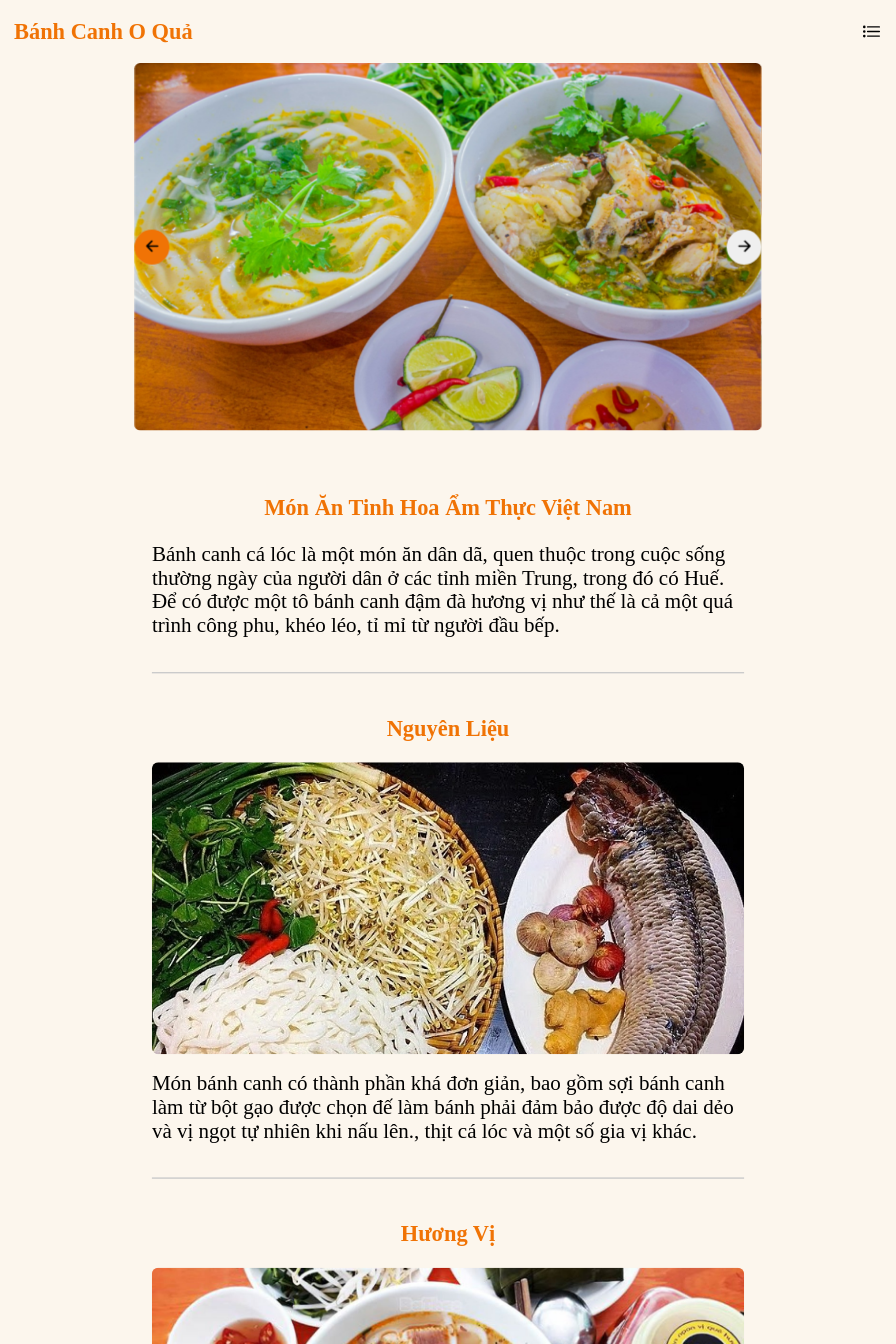
Repository: LeCongTuan2608/AmThuc
Page: index.html
These files come from the project's save history. The page is drawn as it stood at one moment and after the next save; the edit follows.
The browser window is 1280 px wide. The pictures show the part of the page from y = 0 to 1920 px (the page is 3454 px tall), at 70% of full size.
The pointer rests on the first visible `.slick-arrow`.
Some web fonts or font styles are not loaded; a fallback is used. Some web libraries are served in a nearby version. The style sheet was rebuilt from its Sass, Less or Tailwind sources for each picture, by a compiler version that may differ from the author's.

Above is the page before, as saved 2022-04-15 13:51:40.

After the next save:
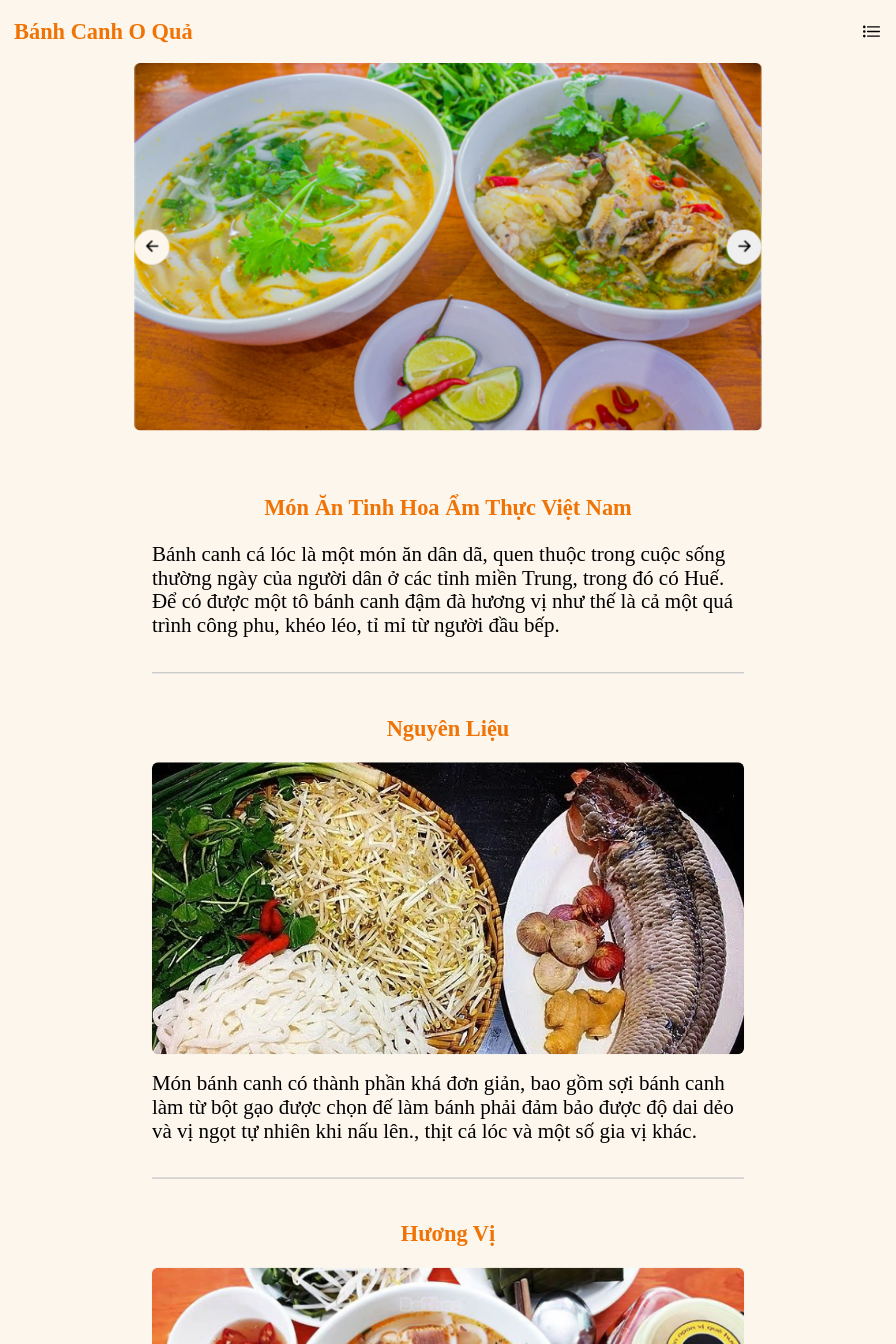
Saved 18 s later.
--- a/sass/index.scss
+++ b/sass/index.scss
@@ -68,7 +68,7 @@ main #container{
     transform: translateY(-50%);
 }
 .slick-arrow:hover{
-    background-color: $words_Color;
+    background-color: $background_Color;
 }
 .slick-prev{
     left:0;
